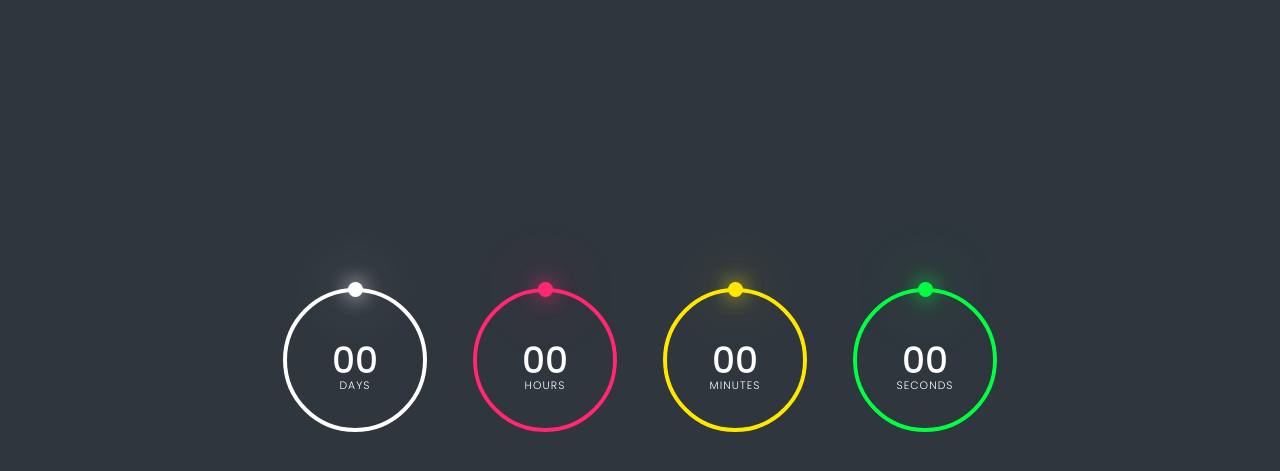
Repository: northpx/happyNY
Page: index.html
An editor plug-in stored every save of this project. The page is shown before and after a run of saves, followed by the edit.
The browser window is 1280 px wide. The pictures show the whole page.

Above is the page before, as saved 2022-12-31 11:32:34.

After the next 6 saves:
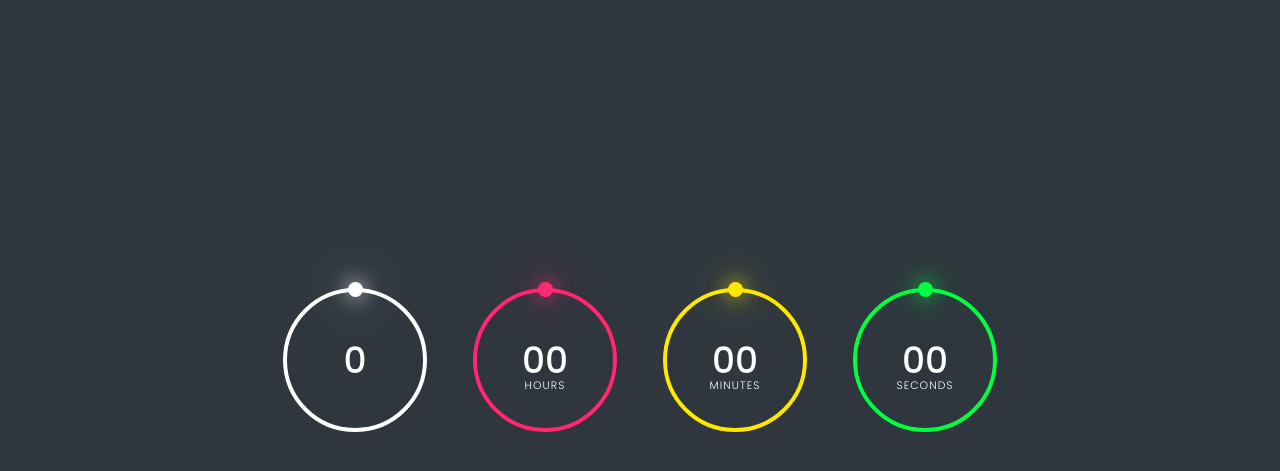
The 6 saves are shown as one change because they came seconds apart.
The last was saved 35 s later.
--- a/index.html
+++ b/index.html
@@ -72,7 +72,8 @@
             let m = Math.floor((distance % (1000 * 60 * 60)) / (1000 * 60))
             let s = Math.floor((distance % (1000 * 60)) / (1000))
 
-
+            days.innerHTML = d + ""
+            days.innerHTML = d
         })
     </script>
 </body>
